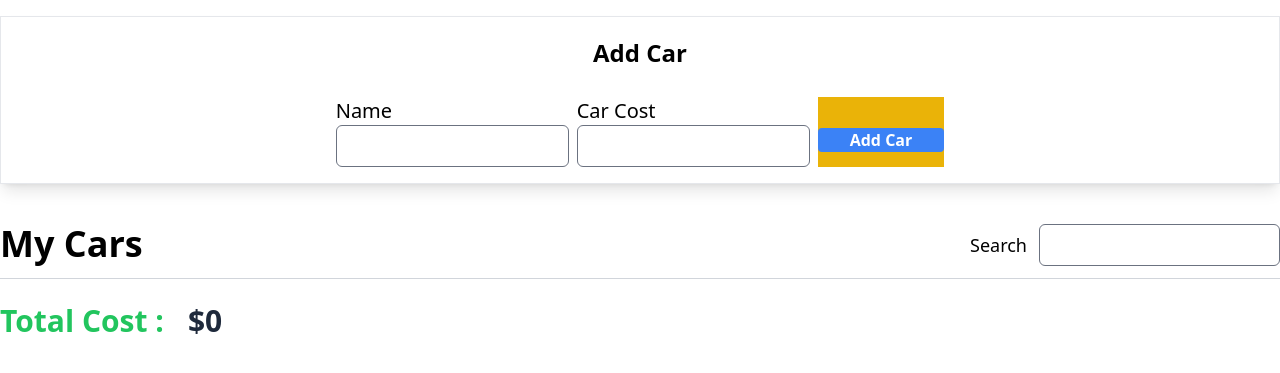
Repository: Marhamat92/carsappreduxtoolkit
Page: /
These files come from the project's save history. The page is drawn as it stood at one moment and after the next save; the edit follows.
The browser window is 1280 px wide. The pictures show the whole page.
The project was rebuilt for these pictures with package versions that can differ from the ones it lists, and the page was loaded fresh each time.

Above is the page before, as saved 2023-01-24 00:58:41.

### src/index.js
import React from 'react';
import ReactDOM from 'react-dom/client';
import './index.css';
import App from './App';
import { Provider } from 'react-redux';
import { store } from './store'


const root = ReactDOM.createRoot(document.getElementById('root'));
root.render(
  <Provider store={store}>
    <App />
  </Provider>
);

### src/App.js
import CarForm from "./components/CarForm";
import CarList from "./components/CarList";
import CarSearch from "./components/CarSearch";
import CarValue from "./components/CarValue";


function App() {
  return (
    <div className="container mx-auto">
      <CarForm />
      <CarSearch />
      <CarList />
      <CarValue />
    </div>
  );
}

export default App;

### src/store/index.js
import { configureStore } from "@reduxjs/toolkit";
import {
  carsReducer,
  addCar,
  removeCar,
  changeSearchTerm,
} from "./slices/carsSlice";
import { formReducer, changeName, changeCost } from "./slices/formSlice";

const store = configureStore({
  reducer: {
    cars: carsReducer,
    form: formReducer,
  },
})

export { store, addCar, removeCar, changeSearchTerm, changeName, changeCost };

### src/components/CarForm.js
import React from 'react'
import { useDispatch, useSelector } from 'react-redux'
import { changeName, changeCost, addCar } from '../store'



function CarForm() {
  const dispatch = useDispatch(); // this is the hook that allows us to dispatch actions to the store
  const { name, cost } = useSelector((state) => { // this is the hook that allows us to access the store
    return {
      name: state.form.name,
      cost: state.form.cost
    }
  })


  const handleNameChange = (e) => {
    dispatch(changeName(e.target.value))
  }

  const handleCostChange = (e) => {
    const carCost = parseInt(e.target.value) || 0;
    dispatch(changeCost(carCost))

  }


  const handleSubmit = (e) => {
    e.preventDefault();
    dispatch(addCar({ name, cost }))
  }


  //!after adding a car, clear the form fields with extra reducers which will be added to the formSlice,otherwise we can use dispatch(changeName('')) and dispatch(changeCost(0)) to clear the form fields but it is not a good practice



  return (
    <div className='flex flex-col items-center justify-center border shadow-lg py-4 mt-4'>
      <h1 className='font-bold text-2xl py-1' >Add Car</h1>
      <div className='mt-6'>
        <form onSubmit={handleSubmit} className=''>
          <div className='flex flex-row space-x-2 '>
            <div className='flex flex-col'>
              <label className='text-xl' htmlFor='make'>Name</label>
              <input className=' border border-gray-500 rounded-md py-2

              ' value={name} onChange={handleNameChange} type='text' name='carName' id='carName' />
            </div>
            <div className='flex flex-col'>
              <label className='text-xl' htmlFor='price'>Car Cost</label>
              <input className=' border border-gray-500 rounded-md py-2

              ' value={cost || ''} onChange={handleCostChange} type='number' name='price' id='price' />
            </div>
            <div className='flex items-center  bg-yellow-500'>
              <button className='bg-blue-500 hover:bg-blue-700 text-white font-bold   px-8 rounded mt-4' type='submit'>Add Car</button>
            </div>
          </div>


        </form>
      </div>
    </div>
  )
}

export default CarForm

### src/components/CarList.js
import React from 'react'
import { useSelector, useDispatch } from 'react-redux'
import { removeCar } from '../store'


function CarList() {


  const dispatch = useDispatch();

  const cars = useSelector(({ cars: { searchTerm, data } }) => {   //! <--- destructuring the state object to get the searchTerm and data properties
    return data.filter((car) => {
      return car.name.toLowerCase().includes(searchTerm.toLowerCase())
    })
  })

  const handleDeleteCar = (car) => {
    dispatch(removeCar(car.id))
  }



  const renderedCars = cars.map((car) => {
    return (
      <div className='flex justify-between space-y-3 items-center shadow-lg mt-4 py-2 px-4 rounded-md' key={car.id}>
        <p className='text-3xl' >{car.name} - ${car.cost}</p>
        <button onClick={() => handleDeleteCar(car)} className='bg-red-500 px-4 py-2 text-3xl rounded-md'>
          Remove
        </button>
      </div>
    )
  })




  return (
    <div>{renderedCars}</div>
  )
}

export default CarList

### src/components/CarSearch.js
import React from 'react'
import { useSelector, useDispatch } from 'react-redux'
import { changeSearchTerm } from '../store'


function CarSearch() {

  const dispatch = useDispatch();
  const searchTerm = useSelector((state) => {

    return state.cars.searchTerm

  })

  const handleSearchCarTerm = (e) => {
    dispatch(changeSearchTerm(e.target.value))
  }



  return (
    <div>
      <div className='flex justify-between mt-10 border-b border-gray-300 pb-3' >
        <h1 className='text-4xl font-bold' >My Cars</h1>
        <div className='flex space-x-3 items-center' >
          <label className='text-lg' htmlFor="">Search</label>
          <input value={searchTerm} onChange={handleSearchCarTerm} className='pl-2 border border-gray-500 py-2 rounded-md' type="text" />
        </div>
      </div>
    </div>
  )
}

export default CarSearch

### src/components/CarValue.js
import React from 'react'
import { useSelector } from 'react-redux'

function CarValue() {

  const totalCost = useSelector(({ cars: { data, searchTerm } }) =>
    data.filter((car) => car.name.toLowerCase().includes(searchTerm.toLowerCase())
    )
      .reduce((acc, car) => acc + car.cost, 0)
  );



  return (
    <div className='flex  space-x-6 mt-6'>
      <h1 className='text-3xl font-bold text-green-500' >Total Cost :</h1>
      <h1 className='text-3xl font-bold text-slate-800'>${totalCost}</h1>
    </div>
  )
}

export default CarValue

### src/store/slices/carsSlice.js
import { createSlice, nanoid } from '@reduxjs/toolkit';

const carsSlice = createSlice({
  name: 'cars',
  initialState: {
    data: [],
    searchTerm: ''
  },
  reducers: {
    changeSearchTerm(state, action) {
      state.searchTerm = action.payload;
    },
    addCar(state, action) {
      //Assumption:
      //action.payload is an object with the following properties:
      //name, cost, id
      state.data.push({
        name: action.payload.name,
        cost: action.payload.cost,
        id: nanoid()
      })
    },
    removeCar(state, action) {
      //Assumption:
      //action.payload is the id of the car to remove
      const updatedCars = state.data.filter((car) => {
        return car.id !== action.payload;
      })
      state.data = updatedCars;
    }

  }
})

export const { changeSearchTerm, addCar, removeCar } = carsSlice.actions;
export const carsReducer = carsSlice.reducer;

### src/store/slices/formSlice.js
import { createSlice } from '@reduxjs/toolkit';
import { addCar } from './carsSlice';

const formSlice = createSlice({
  name: 'form',
  initialState: {
    name: '',
    cost: 0
  },
  reducers: {
    changeName(state, action) {
      state.name = action.payload;
    },
    changeCost(state, action) {
      state.cost = action.payload;
    }
  },
  extraReducers(builder) {
    builder.addCase(addCar, (state, action) => {
      state.name = '';
      state.cost = 0;
    })
  }
})

//extraReducers is a function that takes a builder object as an argument and we can use the builder object to add extra reducers to the formSlice
//addCase is a function that takes an action and a reducer as arguments and adds the reducer to the formSlice
//the reducer will be called when the action is dispatched


export const { changeName, changeCost } = formSlice.actions;
export const formReducer = formSlice.reducer;

Loaded but not shown: public/index.html (common file); src/index.css (common file); tailwind.config.js (common file)

After the next save:
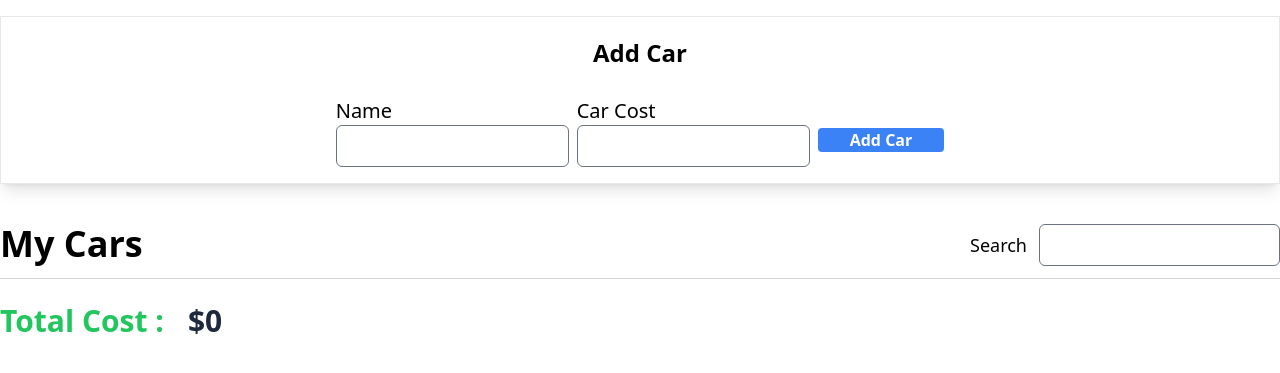
Saved 27 s later.
--- a/src/components/CarForm.js
+++ b/src/components/CarForm.js
@@ -53,7 +53,7 @@ function CarForm() {
 
               ' value={cost || ''} onChange={handleCostChange} type='number' name='price' id='price' />
             </div>
-            <div className='flex items-center  bg-yellow-500'>
+            <div className='flex items-center '>
               <button className='bg-blue-500 hover:bg-blue-700 text-white font-bold   px-8 rounded mt-4' type='submit'>Add Car</button>
             </div>
           </div>
